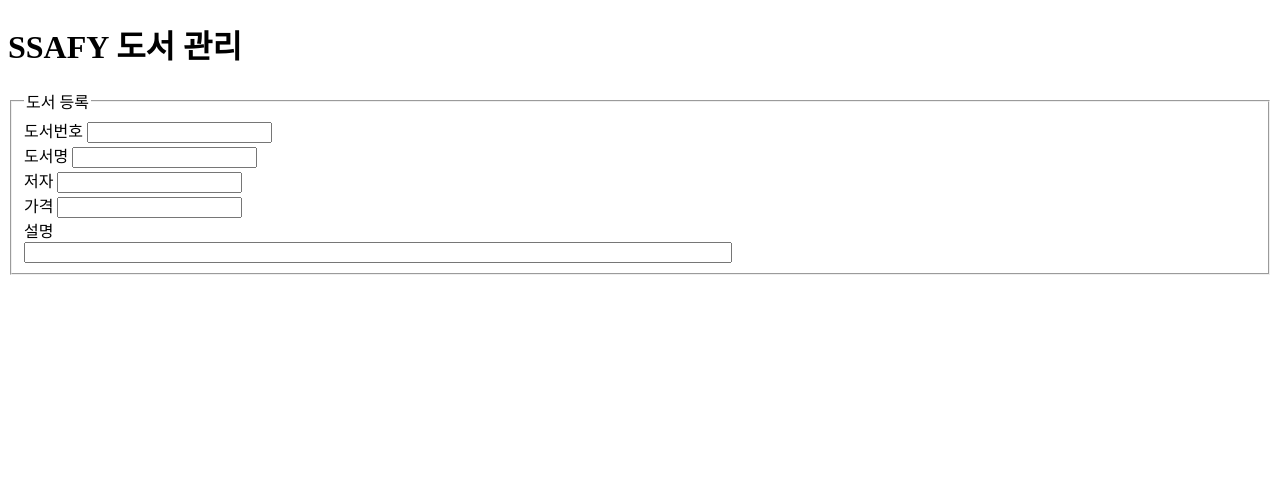
Repository: nkj0901/Personal-Repository
Page: SSAFY/서블릿/back_db_ws_01_3/WebContent/regist.html
An editor plug-in stored every save of this project. The page is shown before and after the next save, followed by the edit.
The browser window is 1280 px wide. The pictures show the whole page.

Above is the page before, as saved 2022-09-01 07:25:03.

After the next save:
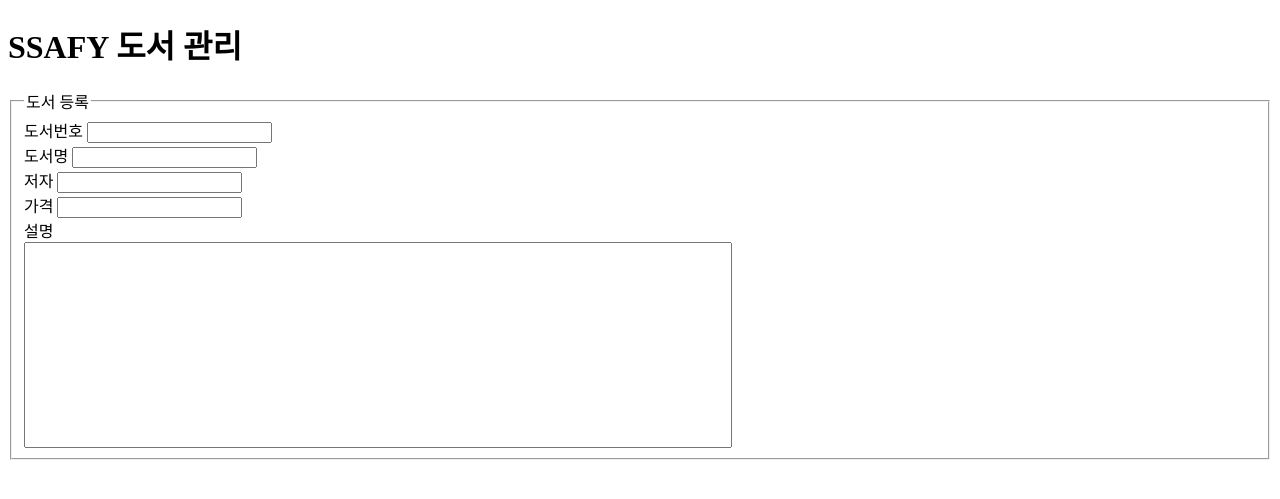
Saved 82 s later.
--- a/SSAFY/서블릿/back_db_ws_01_3/WebContent/regist.html
+++ b/SSAFY/서블릿/back_db_ws_01_3/WebContent/regist.html
@@ -18,7 +18,7 @@
 	<label>가격</label>
 	<input type = "text" name = "price"> <br>
 	<label>설명</label> <br>
-	<input style="width:700px"; "height:200px" type = "text" name = "desc" > <br>
+	<input style="width:700px; height:200px" type = "text" name = "desc" > <br>
 	</fieldset>
 
 
